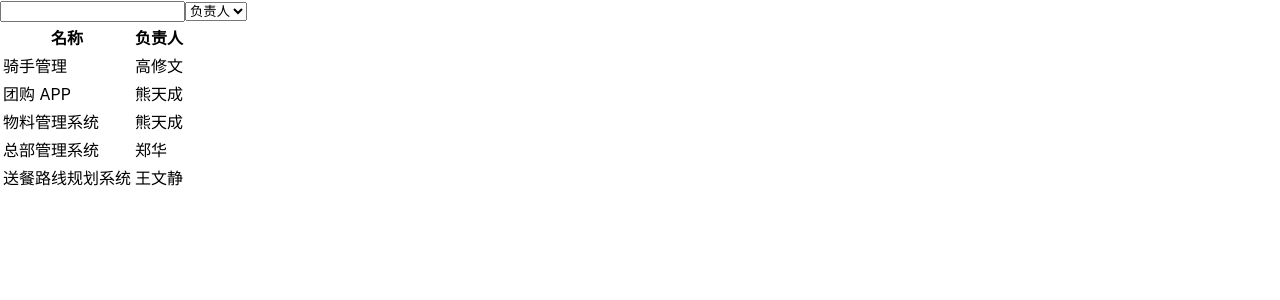
Repository: ryansbeans/react-jira
Page: /
The author's editor kept a copy of each file at every save. The page is drawn from the files as they stood at one save, then again after a run of saves.
The browser window is 1280 px wide. The pictures show the whole page.
The project was rebuilt for these pictures with package versions that can differ from the ones it lists, and the page was loaded fresh each time. Requests to the local data server were answered from the project's data file.

Above is the page before, as saved 2021-07-05 22:22:31.

### src/App.tsx
import React from 'react';
import { ProjectListScreen } from './screens/project-list/index'
function App() {
  return (
    <div className="App">
      <ProjectListScreen />
    </div>
  );
}

export default App;

### src/screens/project-list/index.jsx
import React from "react"
import { SearchPanel } from "./search-panel"
import { List } from "./list"
import { useEffect, useState } from "react"
import { cleanObject, useMount } from "../../utils"
import qs from "qs"

const apiUrl = process.env.REACT_APP_API_URL // 切换环境变量
export const ProjectListScreen = () => {
    // useState 第一个值是当前状态，第二个是设置的函数， useState(初始值)
    const [param, setParam] = useState({
        name: '',
        personId: ''
    })
    const [list, setList] = useState([])  // 设置table的列表
    const [users, setUsers] = useState([])  // 设置option用户列表
    useEffect(() => {
        fetch(`${apiUrl}/projects?${qs.stringify(cleanObject(param))}`).then(async response => {
            if(response.ok) {
                setList(await response.json())
            }
        })
    }, [param]) // 当param改变时获取table列表

    useMount(() => {
        fetch(`${apiUrl}/users`).then(async response => {
            if(response.ok) {
                setUsers(await response.json())
            }
        })
    })

    return <div>
        <SearchPanel users={users} param={param} setParam={setParam} />
        <List users={users} list={list}/>
    </div>
}

### src/screens/project-list/search-panel.jsx
import React from "react"
export const SearchPanel = ({users, param, setParam}) => {

    return <form>
        <div>
            {/* setParam(Object.assign({}, param, {name: evt.target.value})) */}
            <input type="text" value={param.name} onChange={evt => setParam({
                ...param,
                name: evt.target.value
            })} />
            <select value={param.personId} onChange={evt => setParam({
                ...param,
                personId: evt.target.value
            })}>
                <option value={''}>负责人</option>
                {
                    users.map(user => <option key={user.id} value={user.id}>{user.name}</option>)
                }
            </select>
        </div>
    </form>
}

### src/screens/project-list/list.jsx
import React from "react"

export const List = ({list, users}) => {
    return <table>
        <thead>
            <tr>
                <th>名称</th>
                <th>负责人</th>
            </tr>
        </thead>
        <tbody>
            {
                list.map(project => <tr key={project.id}>
                    <td>{project.name}</td>
                    <td>{users.find(user => user.id === project.personId)?.name || '未知'}</td>
                </tr>)
            }
        </tbody>
    </table>
}

### src/utils/index.js
import { useEffect } from "react"
export const isFalsy = (value) => value === 0 ? false : !value
// 在一个函数里,改变传入的对象本身是不好的
export const cleanObject = (object) => {
    const result = {...object}
    Object.keys(result).forEach(key => {
        const value = result[key]
        if (isFalsy(value)) {
            delete result[key]
        }
    })
    return result
}

export const useMount = (callback) => {
    useEffect(() => {
        callback()
    }, [])
}

export const debounce = (func, delay) => {
    let timeout
    return () => {
        if(timeout) {
            clearTimeout(timeout)
        }
        timeout = setTimeout(() => {
            func();
        }, delay)
    }
}

### __json_server_mock__/db.json
{
    "users": [
      {
        "id": 1,
        "name": "高修文"
      },
      {
        "id": 2,
        "name": "熊天成"
      },
      {
        "id": 3,
        "name": "郑华"
      },
      {
        "id": 4,
        "name": "王文静"
      }
    ],
    "projects": [
      {
        "id": 1,
        "name": "骑手管理",
        "personId": 1,
        "organization": "外卖组",
        "created": 1604989757139
      },
      {
        "id": 2,
        "name": "团购 APP",
        "personId": 2,
        "organization": "团购组",
        "created": 1604989757139
      },
      {
        "id": 3,
        "name": "物料管理系统",
        "personId": 2,
        "organization": "物料组",
        "created": 1546300800000
      },
      {
        "id": 4,
        "name": "总部管理系统",
        "personId": 3,
        "organization": "总部",
        "created": 1604980000011
      },
      {
        "id": 5,
        "name": "送餐路线规划系统",
        "personId": 4,
        "organization": "外卖组",
        "created": 1546900800000
      }
    ]
  }

Loaded but not shown: public/index.html (common file); src/index.tsx (common file); src/index.css (common file); src/reportWebVitals.ts (common file)

After the next 3 saves:
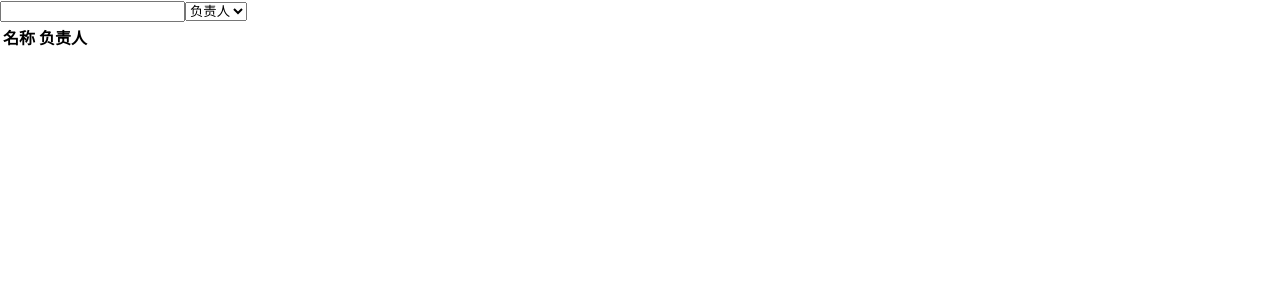
The 3 saves are shown as one change because 2 did not build or start.
The last was saved 49 s later.
--- a/src/screens/project-list/index.jsx
+++ b/src/screens/project-list/index.jsx
@@ -2,7 +2,7 @@
 import { SearchPanel } from "./search-panel"
 import { List } from "./list"
 import { useEffect, useState } from "react"
-import { cleanObject, useMount } from "../../utils"
+import { cleanObject, useMount, debounce } from "../../utils"
 import qs from "qs"
 
 const apiUrl = process.env.REACT_APP_API_URL // 切换环境变量
@@ -15,11 +15,13 @@
     const [list, setList] = useState([])  // 设置table的列表
     const [users, setUsers] = useState([])  // 设置option用户列表
     useEffect(() => {
-        fetch(`${apiUrl}/projects?${qs.stringify(cleanObject(param))}`).then(async response => {
-            if(response.ok) {
-                setList(await response.json())
-            }
-        })
+        debounce(() => {
+            fetch(`${apiUrl}/projects?${qs.stringify(cleanObject(param))}`).then(async response => {
+                if(response.ok) {
+                    setList(await response.json())
+                }
+            })
+        }, 600)
     }, [param]) // 当param改变时获取table列表
 
     useMount(() => {

After the 5 saves that followed:
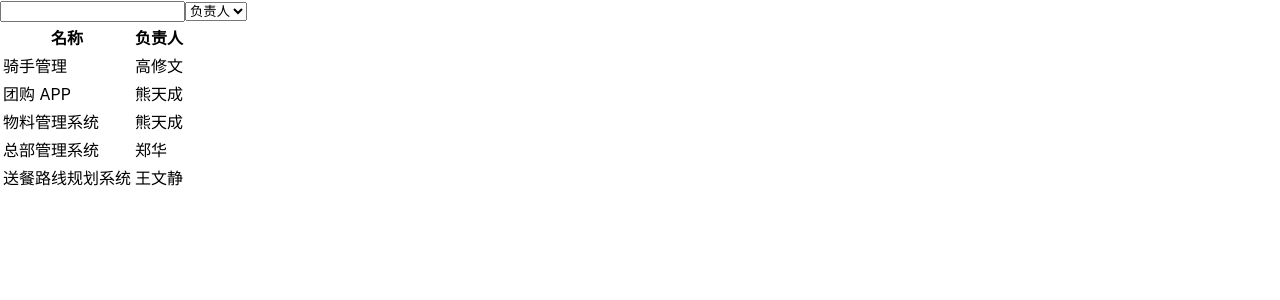
The 5 saves are shown as one change because 2 did not build or start and 2 left the picture as it was.
The last was saved 4 min 8 s later.
--- a/src/screens/project-list/index.jsx
+++ b/src/screens/project-list/index.jsx
@@ -2,7 +2,7 @@
 import { SearchPanel } from "./search-panel"
 import { List } from "./list"
 import { useEffect, useState } from "react"
-import { cleanObject, useMount, debounce } from "../../utils"
+import { cleanObject, useMount } from "../../utils"
 import qs from "qs"
 
 const apiUrl = process.env.REACT_APP_API_URL // 切换环境变量
@@ -15,13 +15,11 @@
     const [list, setList] = useState([])  // 设置table的列表
     const [users, setUsers] = useState([])  // 设置option用户列表
     useEffect(() => {
-        debounce(() => {
-            fetch(`${apiUrl}/projects?${qs.stringify(cleanObject(param))}`).then(async response => {
-                if(response.ok) {
-                    setList(await response.json())
-                }
-            })
-        }, 600)
+        fetch(`${apiUrl}/projects?${qs.stringify(cleanObject(param))}`).then(async response => {
+            if(response.ok) {
+                setList(await response.json())
+            }
+        })
     }, [param]) // 当param改变时获取table列表
 
     useMount(() => {
--- a/src/utils/index.js
+++ b/src/utils/index.js
@@ -18,14 +18,14 @@ export const useMount = (callback) => {
     }, [])
 }
 
-export const debounce = (func, delay) => {
-    let timeout
-    return () => {
-        if(timeout) {
-            clearTimeout(timeout)
-        }
-        timeout = setTimeout(() => {
-            func();
-        }, delay)
-    }
-}
+// export const debounce = (func, delay) => {
+//     let timeout
+//     return () => {
+//         if(timeout) {
+//             clearTimeout(timeout)
+//         }
+//         timeout = setTimeout(() => {
+//             func();
+//         }, delay)
+//     }
+// }
